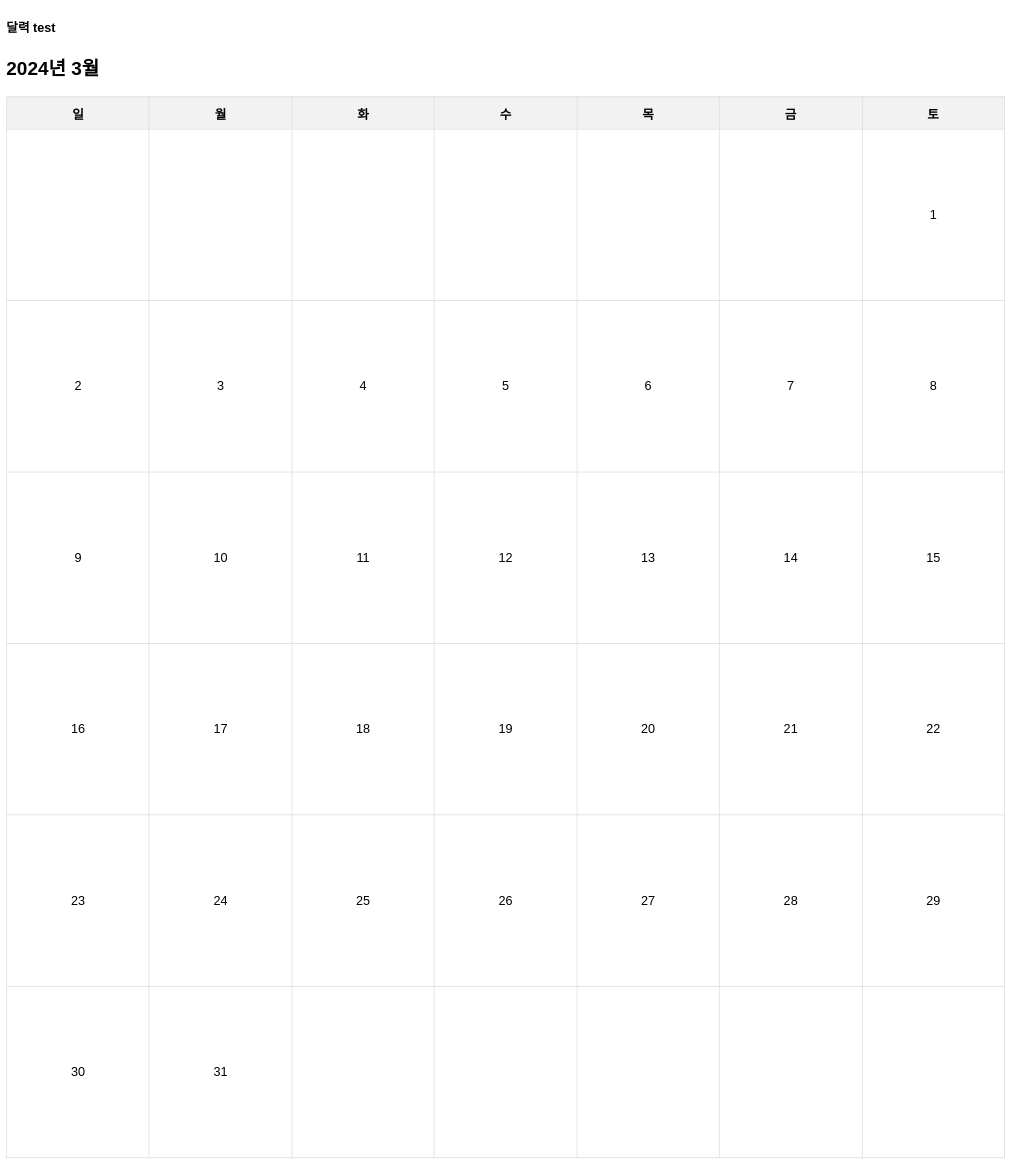
Repository: seonghun9906/semiProject
Page: http://localhost/drawAcademy/WEB-INF/views/test.jsp
An editor plug-in stored every save of this project. The page is shown before and after the next save, followed by the edit.
The browser window is 1280 px wide. The pictures show the whole page, at 79% of full size.
The page is served by Tomcat 9. Nobody is signed in. Other server files are loaded and not shown. The template is opened directly, without the code that normally fills it, so the values that code supplies are empty.

Above is the page before, as saved 2024-02-28 01:28:25.

### drawAcademy/src/main/webapp/WEB-INF/views/test.jsp
<%@ page language="java" contentType="text/html; charset=UTF-8"
    pageEncoding="UTF-8"%>
<!DOCTYPE html>
<html>
<head>
<meta charset="UTF-8">
<title>Insert title here</title>
    <style>
        body {
            font-family: Arial, sans-serif;
        }

        table {
            width: 100%;
            border-collapse: collapse;
            margin-top: 20px;
        }

        th, td {
            border: 1px solid #ddd;
            padding: 8px;
            text-align: center;
        }

        th {
            background-color: #f2f2f2;
        }

        td {
        	height : 200px;
            cursor: pointer;
        }

        td:hover {
            background-color: #f5f5f5;
        }
    </style>
</head>
<body>
<h4>달력 test</h4>
<h2>2024년 3월</h2>

<table>
    <thead>
        <tr>
            <th>일</th>
            <th>월</th>
            <th>화</th>
            <th>수</th>
            <th>목</th>
            <th>금</th>
            <th>토</th>
        </tr>
    </thead>
    <tbody>
        <tr>
            <td></td>
            <td></td>
            <td></td>
            <td></td>
            <td></td>
            <td></td>
            <td>1</td>
        </tr>
        <tr>
            <td>2</td>
            <td>3</td>
            <td>4</td>
            <td>5</td>
            <td>6</td>
            <td>7</td>
            <td>8</td>
        </tr>
        <tr>
            <td>9</td>
            <td>10</td>
            <td>11</td>
            <td>12</td>
            <td>13</td>
            <td>14</td>
            <td>15</td>
        </tr>
        <tr>
            <td>16</td>
            <td>17</td>
            <td>18</td>
            <td>19</td>
            <td>20</td>
            <td>21</td>
            <td>22</td>
        </tr>
        <tr>
            <td>23</td>
            <td>24</td>
            <td>25</td>
            <td>26</td>
            <td>27</td>
            <td>28</td>
            <td>29</td>
        </tr>
        <tr>
            <td>30</td>
            <td>31</td>
            <td></td>
            <td></td>
            <td></td>
            <td></td>
            <td></td>
        </tr>
    </tbody>
</table>

</body>
</body>
</html>

After the next save:
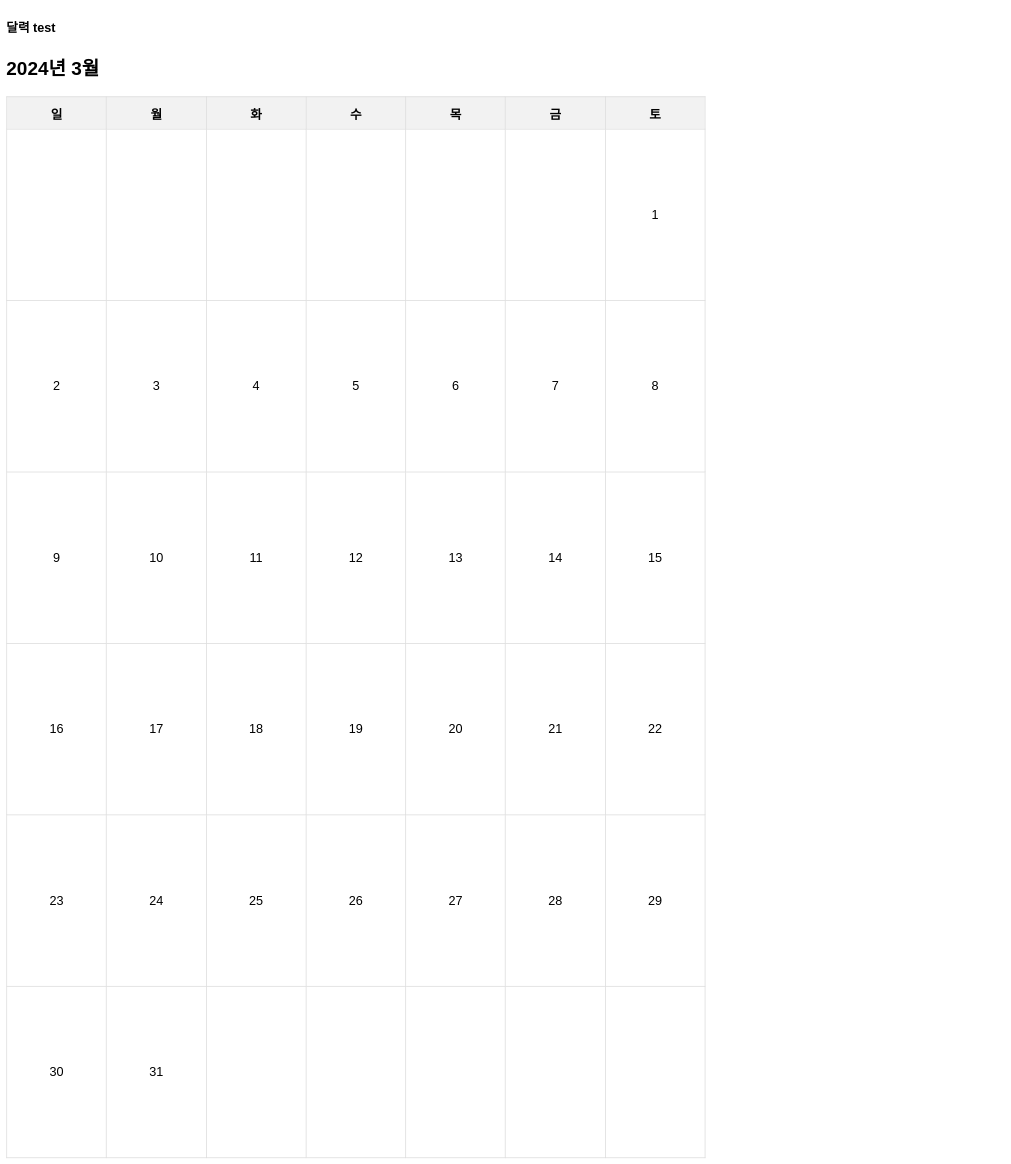
Saved 25 s later.
--- a/drawAcademy/src/main/webapp/WEB-INF/views/test.jsp
+++ b/drawAcademy/src/main/webapp/WEB-INF/views/test.jsp
@@ -11,7 +11,7 @@
         }
 
         table {
-            width: 100%;
+            width: 70%;
             border-collapse: collapse;
             margin-top: 20px;
         }
@@ -40,8 +40,9 @@
 <h4>달력 test</h4>
 <h2>2024년 3월</h2>
 
-<table>
-    <thead>
+
+	<table>
+    	<thead>
         <tr>
             <th>일</th>
             <th>월</th>
